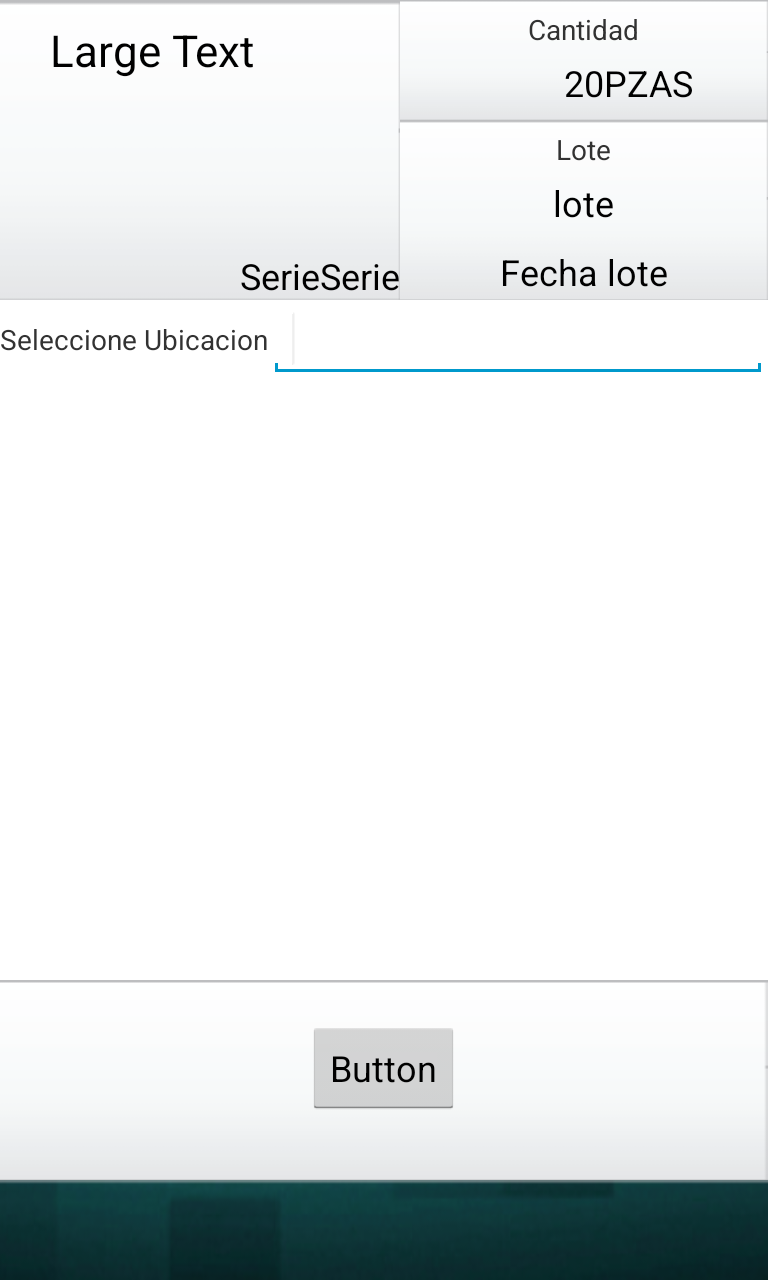
Repository: moynard/PeanutAndroid
Layout: WHSStorekeeper/res/layout/detail_arrivados.xml
The author's editor kept a copy of each file at every save. The layout is drawn from the files as they stood at one save, then again after the next save.
It is drawn on a 768 x 1280 px phone screen (xhdpi) without system bars, with theme AppTheme; the app's code is not run.

Above is the layout before, as saved 2013-07-25 01:24:42.

After the next save:
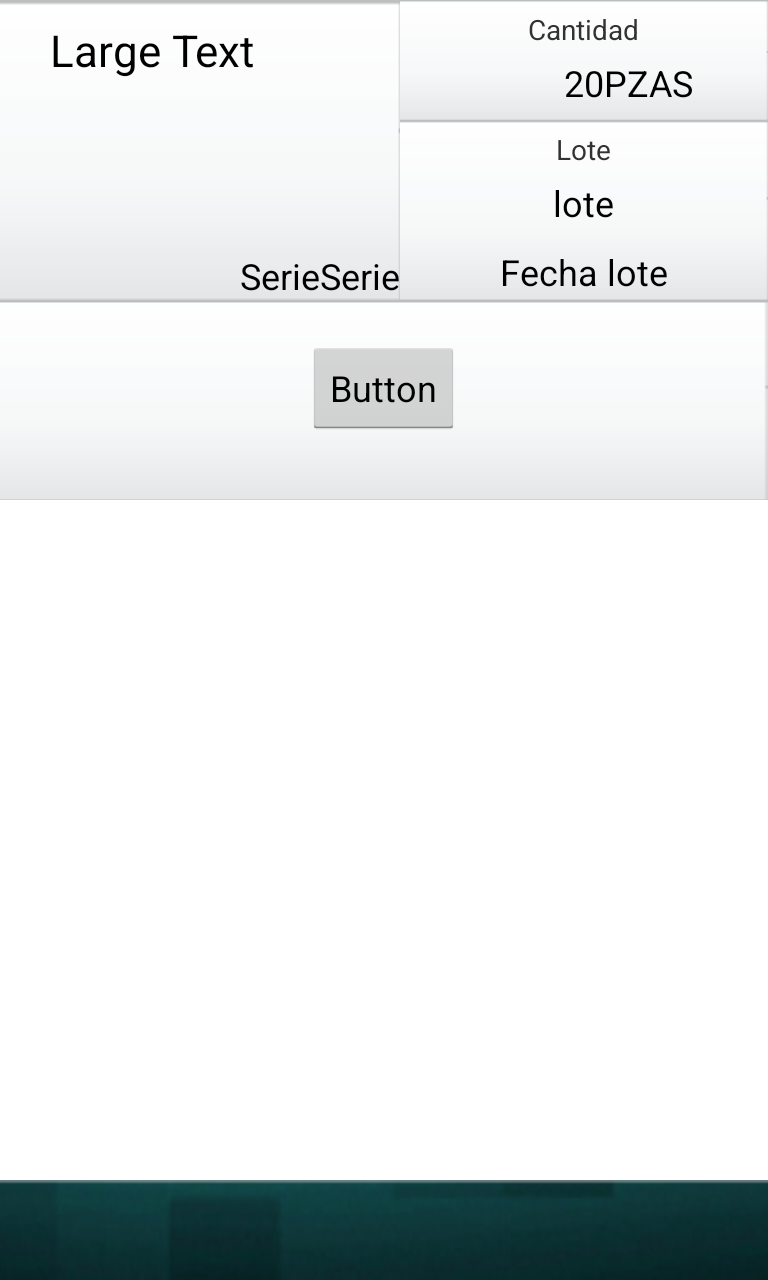
Saved 2 min 17 s later.
--- a/WHSStorekeeper/res/layout/detail_arrivados.xml
+++ b/WHSStorekeeper/res/layout/detail_arrivados.xml
@@ -151,8 +151,22 @@
                  <requestFocus />
              </AutoCompleteTextView>
 
+                  <RelativeLayout
+                      android:id="@+id/layoutBoton"
+                      android:layout_width="fill_parent"
+                      android:layout_height="100dp"
+                      android:layout_above="@+id/layoutinfo"
+                      android:background="@drawable/bgproducto" >
 
-
+                      <Button
+                          android:id="@+id/sendUbicacion"
+                          android:layout_width="wrap_content"
+                          android:layout_height="wrap_content"
+                          android:layout_below="@+id/autocomplete"
+                          android:layout_centerHorizontal="true"
+                          android:layout_marginTop="20dp"
+                          android:text="Button" />
+                  </RelativeLayout>
 
     </RelativeLayout>
 
@@ -165,22 +179,4 @@
          android:background="@drawable/bgfoot" >
      </RelativeLayout>
 
-     <RelativeLayout
-         android:id="@+id/layoutBoton"
-         android:layout_width="fill_parent"
-         android:layout_height="100dp"
-         android:layout_above="@+id/layoutFoter"
-         android:layout_alignParentLeft="true"
-         android:background="@drawable/bgproducto" >
-
-         <Button
-             android:id="@+id/sendUbicacion"
-             android:layout_width="wrap_content"
-             android:layout_height="wrap_content"
-             android:layout_below="@+id/autocomplete"
-             android:layout_centerHorizontal="true"
-             android:layout_marginTop="20dp"
-             android:text="Button" />
-     </RelativeLayout>
-
 </RelativeLayout>
